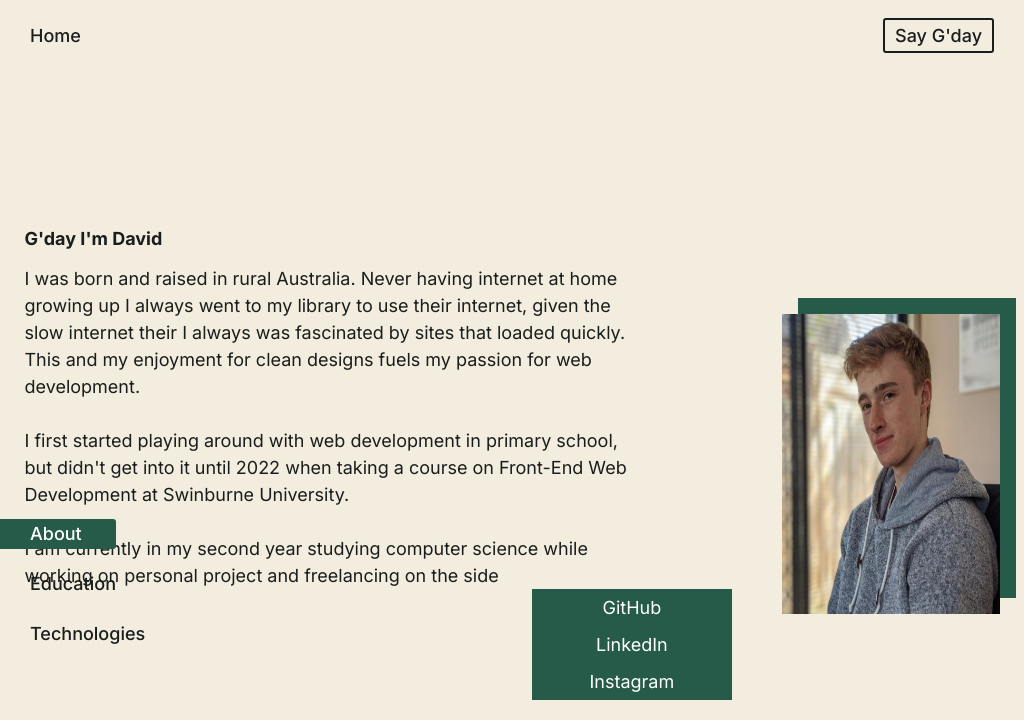
Repository: David-Waite/David-Waite-Portfolio
Page: /about
The author's editor kept a copy of each file at every save. The page is drawn from the files as they stood at one save, then again after the next save.
The browser window is 1024 px wide. The pictures show the whole page.
The project was rebuilt for these pictures with package versions that can differ from the ones it lists, and the page was loaded fresh each time. The framework's server and built-in components were replaced by stand-ins that run in the browser. Also part of the build but not shown: next.config.js.

Above is the page before, as saved 2023-07-27 11:51:49.

After the next save:
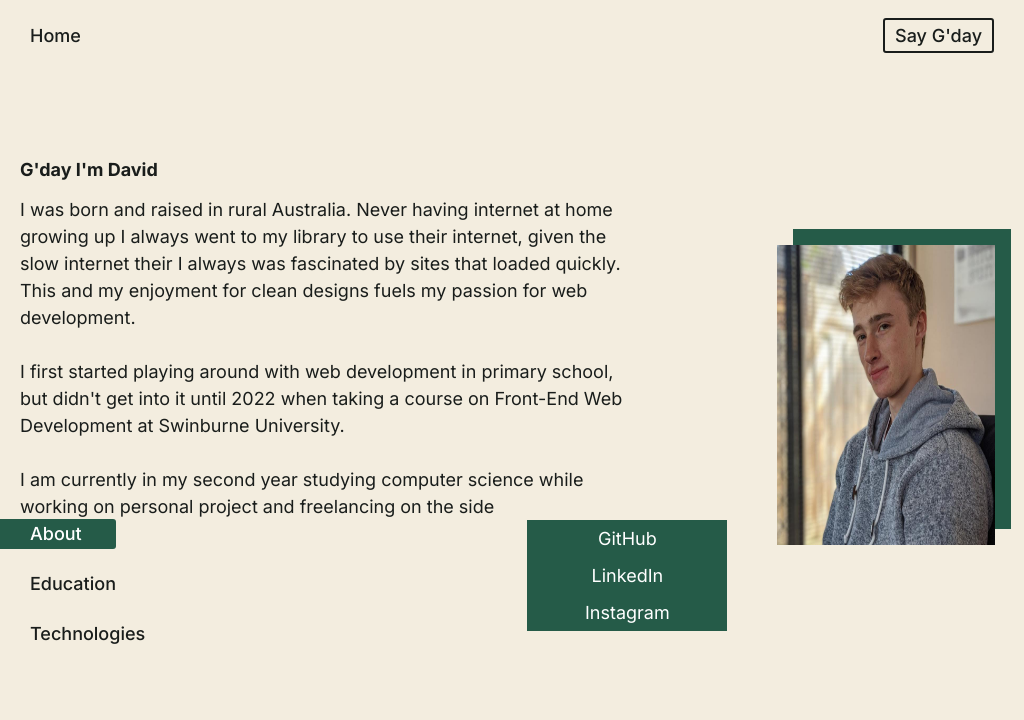
Saved 7 s later.
--- a/app/about/page.module.css
+++ b/app/about/page.module.css
@@ -132,8 +132,8 @@
     display: flex;
     height: calc(100vh - 70px);
     width: 100vw;
-    align-items:flex-end;
-    justify-content: center;
+
+    justify-content: space-between;
   }
 
   .textContainer {
